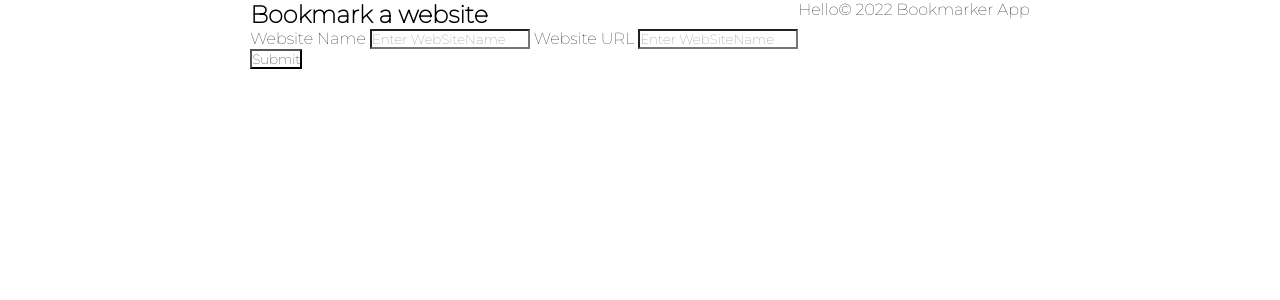
Repository: Suporl9/BookMarkerApp
Page: index.html
The author's editor kept a copy of each file at every save. The page is drawn from the files as they stood at one save, then again after the next save.
The browser window is 1280 px wide. The pictures show the whole page.

Above is the page before, as saved 2021-11-21 17:23:53.

After the next save:
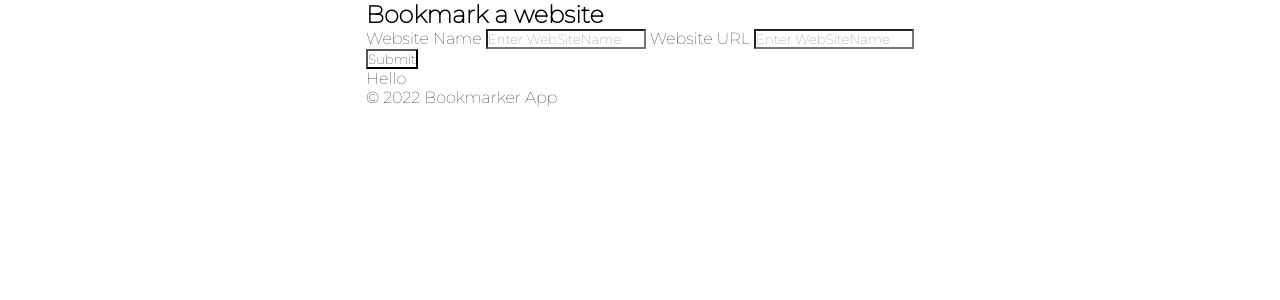
Saved 65 s later.
--- a/index.html
+++ b/index.html
@@ -9,32 +9,34 @@
   </head>
   <body>
     <div class="container">
-      <div class="bookmarkerSection"></div>
-      <div class="vh"></div>
-      <div class="formInput">
-        <form>
-          <h2>Bookmark a website</h2>
-          <div class="sitesec">
-            <label name="siteName">Website Name</label>
-            <input
-              type="text"
-              name="sitename"
-              placeholder="Enter WebSiteName"
-            />
-            <label name="siteName">Website URL</label>
-            <input
-              type="text"
-              name="sitename"
-              placeholder="Enter WebSiteName"
-            />
-          </div>
-          <button>Submit</button>
-        </form>
+      <div class="innerContainer">
+        <div class="bookmarkerSection"></div>
+        <div class="vh"></div>
+        <div class="formInput">
+          <form>
+            <h2>Bookmark a website</h2>
+            <div class="sitesec">
+              <label name="siteName">Website Name</label>
+              <input
+                type="text"
+                name="sitename"
+                placeholder="Enter WebSiteName"
+              />
+              <label name="siteName">Website URL</label>
+              <input
+                type="text"
+                name="sitename"
+                placeholder="Enter WebSiteName"
+              />
+            </div>
+            <button>Submit</button>
+          </form>
+        </div>
+        <div class="toBeAdded">Hello</div>
+        <footer class="footer">
+          <p>&copy; 2022 Bookmarker App</p>
+        </footer>
       </div>
-      <div class="toBeAdded">Hello</div>
-      <footer class="footer">
-        <p>&copy; 2022 Bookmarker App</p>
-      </footer>
     </div>
   </body>
 </html>
